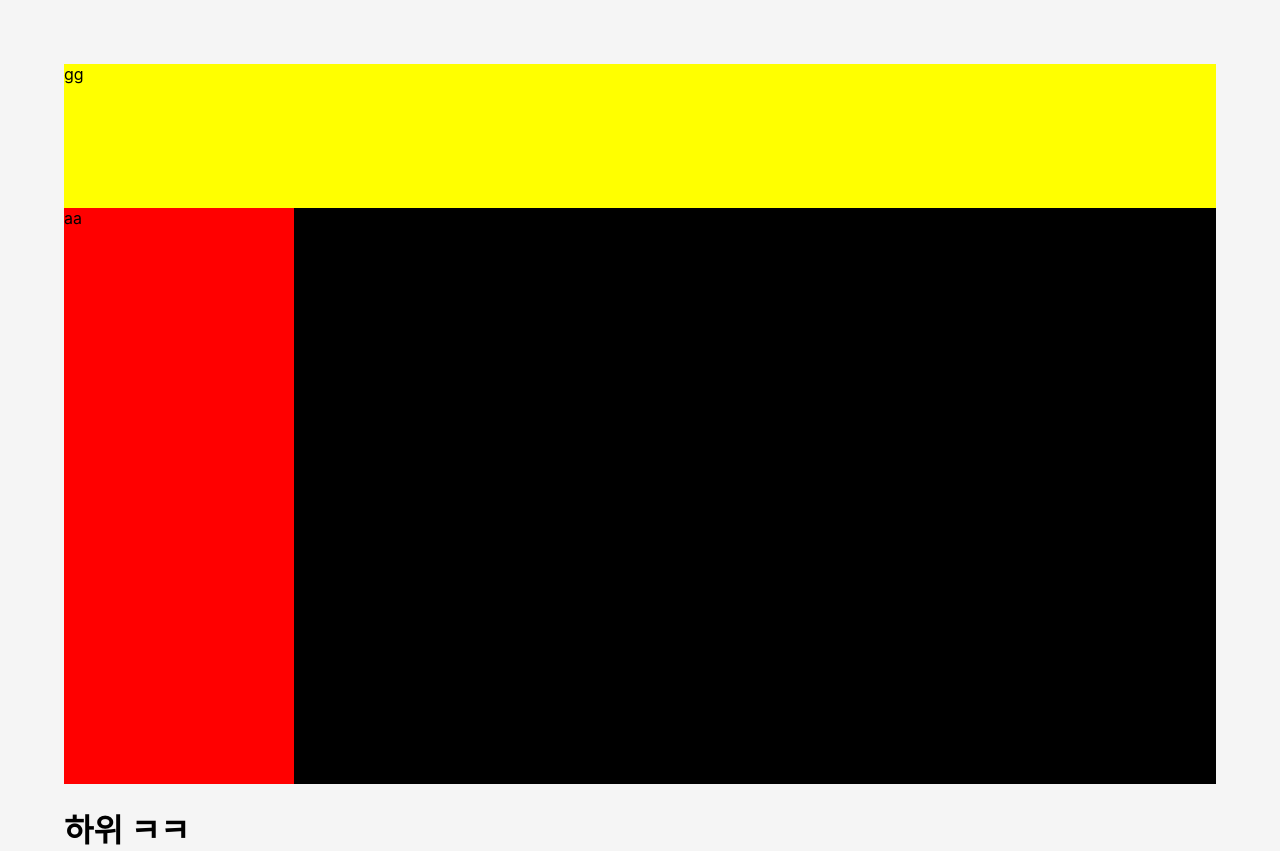
Repository: yangddoddi/community_react
Page: /
These files come from the project's save history. The page is drawn as it stood at one moment and after a run of saves; the edit follows.
The browser window is 1280 px wide. The pictures show the whole page.
The page's requests for data from a server got no answer. The project was rebuilt for these pictures with package versions that can differ from the ones it lists, and the page was loaded fresh each time. No one was signed in, and anything a server would have sent is missing.

Above is the page before, as saved 2022-08-16 23:47:38.

### src/App.js
import React, { useState, useEffect } from "react";
import { BrowserRouter, Routes, Route } from "react-router-dom";
import { Posts } from "./pages/Posts";
import { Sidebar } from "./components/Sidebar";
import { Header } from "./components/Header";
import "./App.scss";

function App() {
  return (
    <BrowserRouter>
      <div className="container">
        <Header />
        <Sidebar />
        <Routes>
          <Route path="/" element={<Posts />} />
        </Routes>
      </div>
    </BrowserRouter>
  );
}

export default App;

### src/pages/Posts.js
import React, { useEffect, useState } from "react";
import { testAxios } from "../config/testAxios";
import axios from "axios";

export const Posts = () => {
  const [test, setTest] = useState("");
  const apiTest = (d) => {
    setTest(d);
  };

  useEffect(() => {
    testAxios("test", apiTest);
  });

  return (
    <div>
      <h1> 하위 ㅋㅋ </h1>
      <h2> {test} </h2>
    </div>
  );
};

### src/components/Sidebar.js
import styles from "./Sidebar.module.scss";

export const Sidebar = () => {
  return (
    <nav className={styles.sidebar}>
      <div>aa</div>
    </nav>
  );
};

### src/components/Header.js
import styles from "./Header.module.scss";

export const Header = () => {
  return (
    <header className={styles.header}>
      <div>gg</div>
    </header>
  );
};

### src/App.scss

html,body, #root {
    height: 100%;
}

#root {
    padding: 5%;
}

body {
    padding: auto;
    background-color: whitesmoke;
    width: 100%;
    height: 100%;
}

.container {
    background-color: black;
    width: 100%;
    height: 100%;
    display: block;
}

### src/config/testAxios.js
import axios from "axios";

export const testAxios = (url, findIp) => {
  axios({
    url: "/" + url,
    method: "post",
    baseURL: "http://localhost:8080",
    withCredentials: true,
  }).then((res) => {
    findIp(res.data);
  });
};

### src/components/sidebar.module.scss

.sidebar {
    background-color: red;
    height: 80%;
    width: 20%;
}

### src/components/header.module.scss


.header {
    width: 100%;
    height: 20%;
    background-color: yellow;
}

Loaded but not shown: public/index.html (common file); src/index.js (common file); src/index.css (common file); src/reportWebVitals.js (common file)

After the next 2 saves:
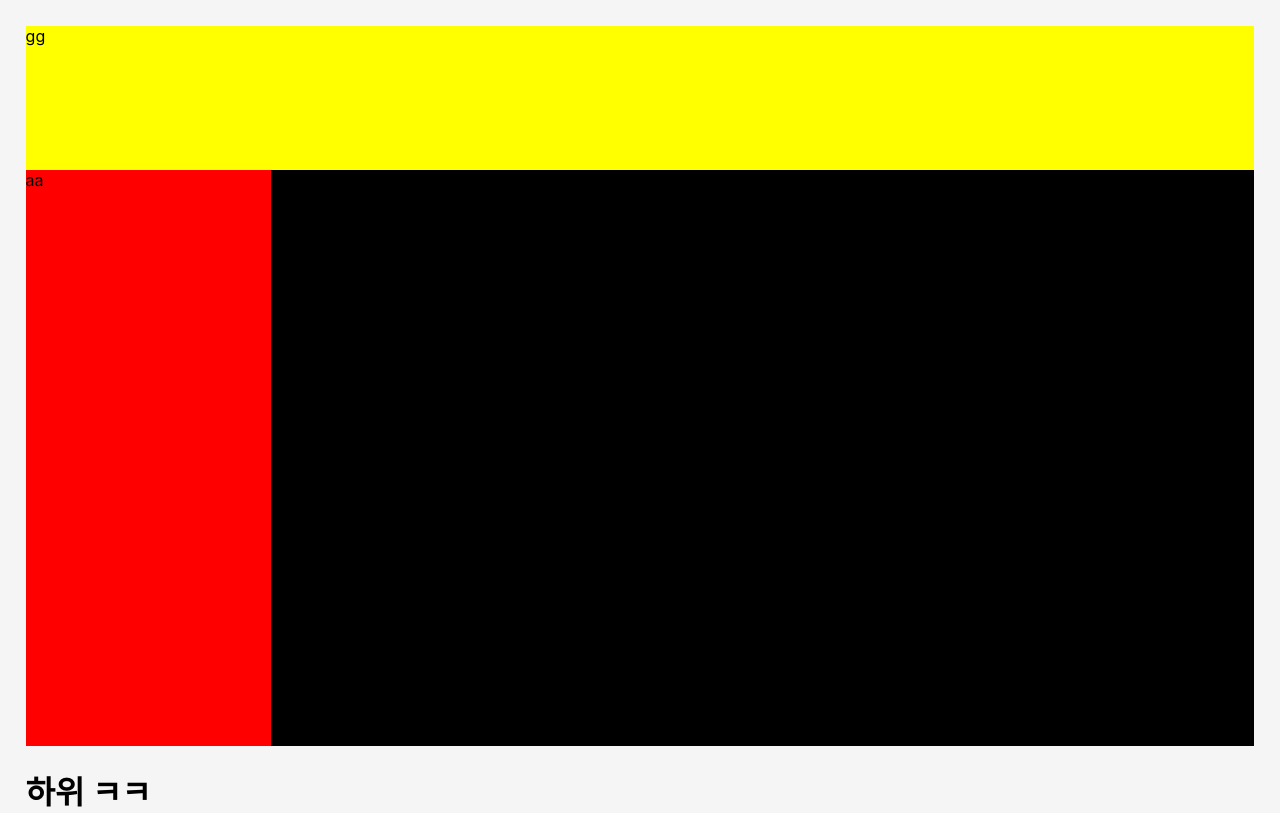
The 2 saves are shown as one change because they came seconds apart.
The last was saved 8 s later.
--- a/src/App.scss
+++ b/src/App.scss
@@ -4,7 +4,7 @@ html,body, #root {
 }
 
 #root {
-    padding: 5%;
+    padding: 2%;
 }
 
 body {
